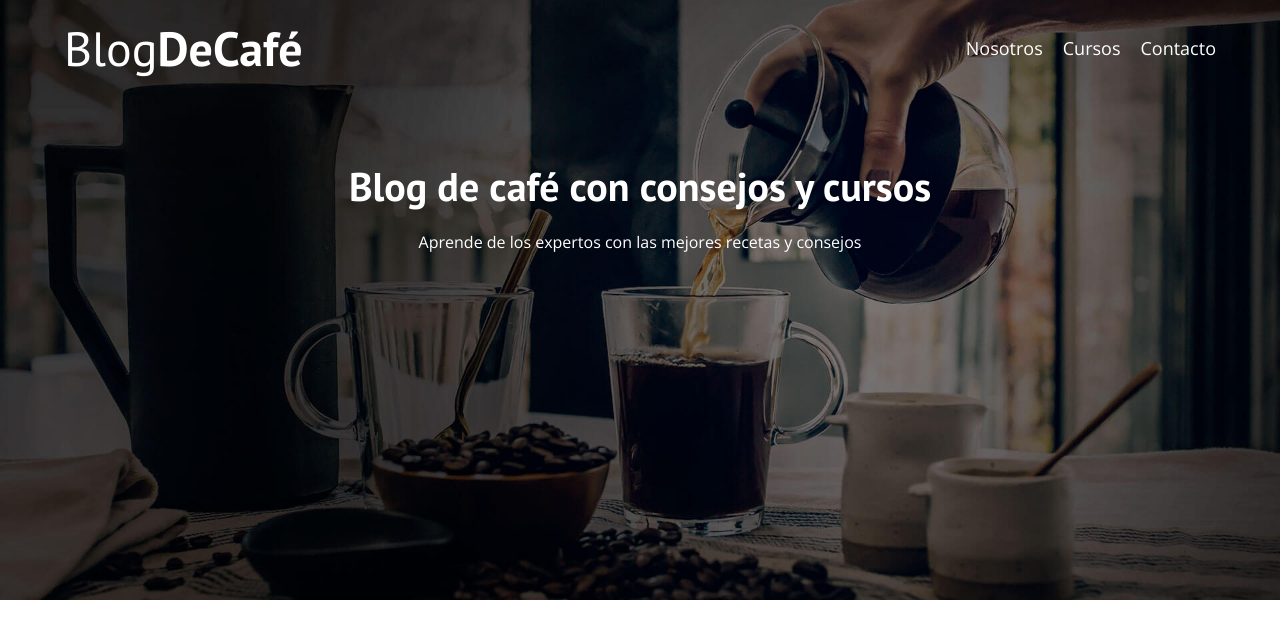
Repository: araque1990/blog_de_cafe
Page: index.html
An editor plug-in stored every save of this project. The page is shown before and after the next save, followed by the edit.
The browser window is 1280 px wide. The pictures show the whole page.

Above is the page before, as saved 2023-01-11 11:40:54.

After the next save:
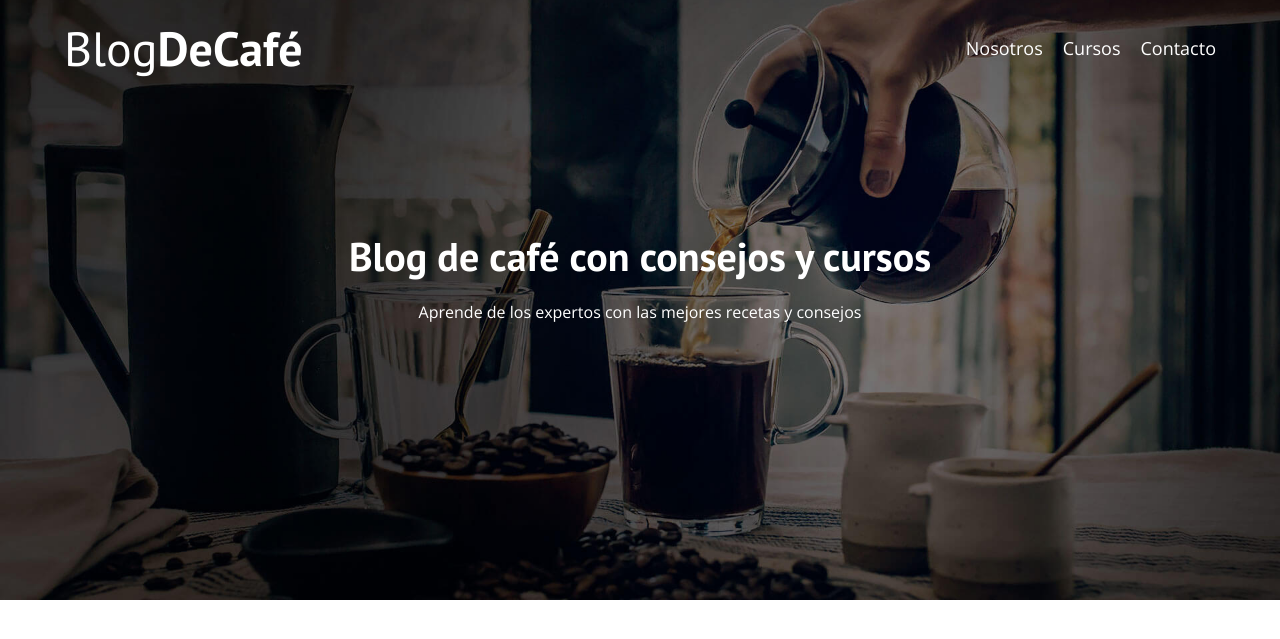
Saved 2 min 13 s later.
--- a/css/styles.css
+++ b/css/styles.css
@@ -73,6 +73,12 @@ img {
 }
 
 @media (min-width: 768px) {
+  .header__texto {
+    margin-top: 12rem;
+  }
+}
+
+@media (min-width: 768px) {
   .barra {
     display: flex;
     justify-content: space-between;
